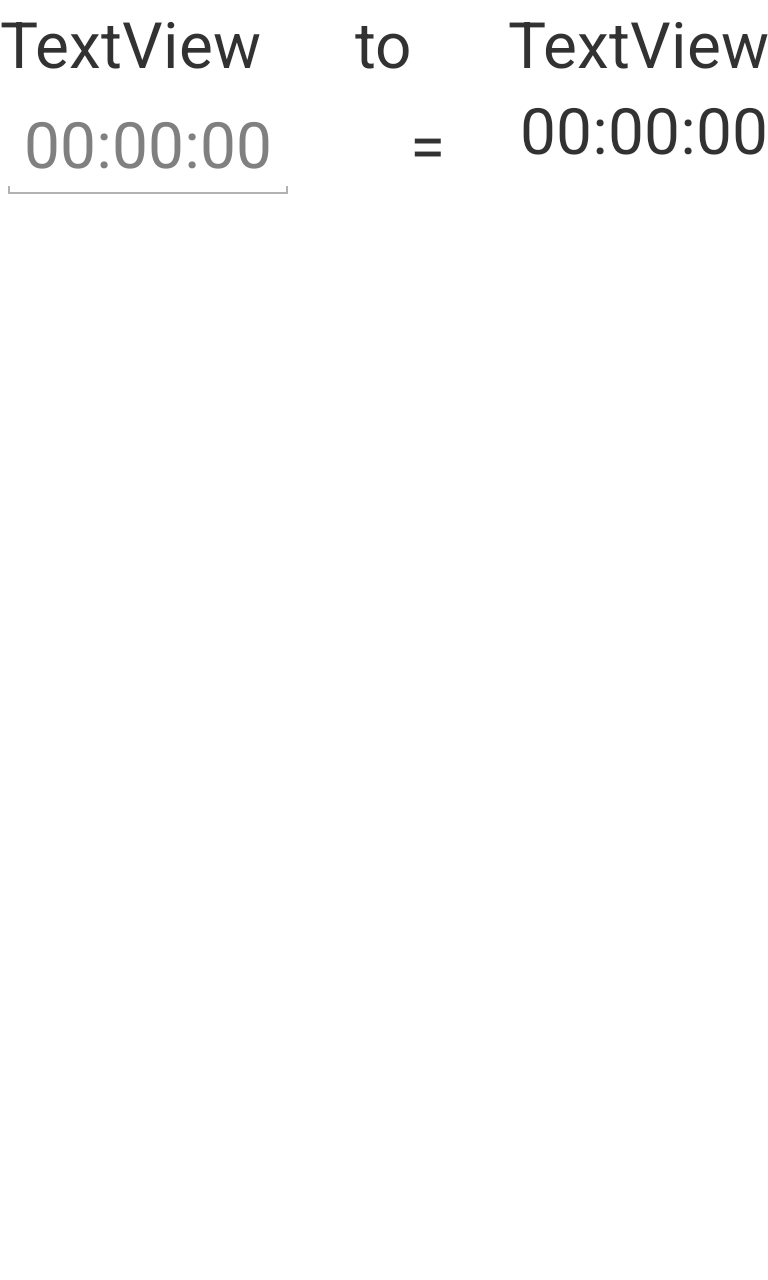
Repository: downinew/AndroidCoachesRaceTimer
Layout: CoachesRaceTimer/res/layout/convert_dialog.xml
These files come from the project's save history. The layout is drawn as it stood at one moment and after the next save; the edit follows.
It is drawn on a 768 x 1280 px phone screen (xhdpi) without system bars, with theme AppTheme; the app's code is not run.

Above is the layout before, as saved 2015-02-19 03:08:54.

### CoachesRaceTimer/res/layout/convert_dialog.xml
<?xml version="1.0" encoding="utf-8"?>
<LinearLayout xmlns:android="http://schemas.android.com/apk/res/android"
    android:layout_width="match_parent"
    android:layout_height="match_parent"
    android:orientation="vertical" >

    <LinearLayout
        android:layout_width="match_parent"
        android:layout_height="wrap_content"
        android:orientation="horizontal">

        <TextView
            android:id="@+id/convertItem1"
            android:layout_width="wrap_content"
            android:layout_gravity="start"
            android:layout_weight="1"
            android:textSize="32sp"
            android:layout_height="wrap_content"
            android:text="TextView" />

        <TextView
            android:id="@+id/toText"
            android:layout_width="wrap_content"
            android:layout_weight="1"
            android:textSize="32sp"
            android:gravity="center"
            android:layout_gravity="center"
            android:layout_height="wrap_content"
            android:text="to" />

        <TextView
            android:id="@+id/convertItem2"
            android:layout_width="wrap_content"
            android:layout_gravity="end"
            android:layout_weight="1"
            android:gravity="right"
            android:textSize="32sp"
            android:layout_height="wrap_content"
            android:text="TextView" />

    </LinearLayout>
    <LinearLayout
        android:layout_width="match_parent"
        android:layout_height="wrap_content"
        android:orientation="horizontal">

        <EditText
            android:id="@+id/convertTime1"
            android:layout_width="wrap_content"
            android:layout_height="wrap_content"
            android:layout_gravity="start"
            android:hint="00:00:00"
            android:textSize="32sp" />

        <TextView
            android:id="@+id/equalText"
            android:layout_width="wrap_content"
            android:layout_height="wrap_content"
            android:gravity="right"
            android:layout_gravity="center"
            android:layout_marginLeft="20dp"
            android:textSize="32sp"
            android:layout_weight="1"
            android:text="=" />

        <TextView
            android:id="@+id/convertTime2"
            android:layout_width="wrap_content"
            android:layout_height="wrap_content"
            android:gravity="right"
            android:text="00:00:00"
            android:layout_weight="1"
            android:textSize="32sp" />

    </LinearLayout>




</LinearLayout>

Loaded but not shown: CoachesRaceTimer/res/values/styles.xml (common file); CoachesRaceTimer/res/values-v11/styles.xml (common file); CoachesRaceTimer/res/values-v14/styles.xml (common file)

After the next save:
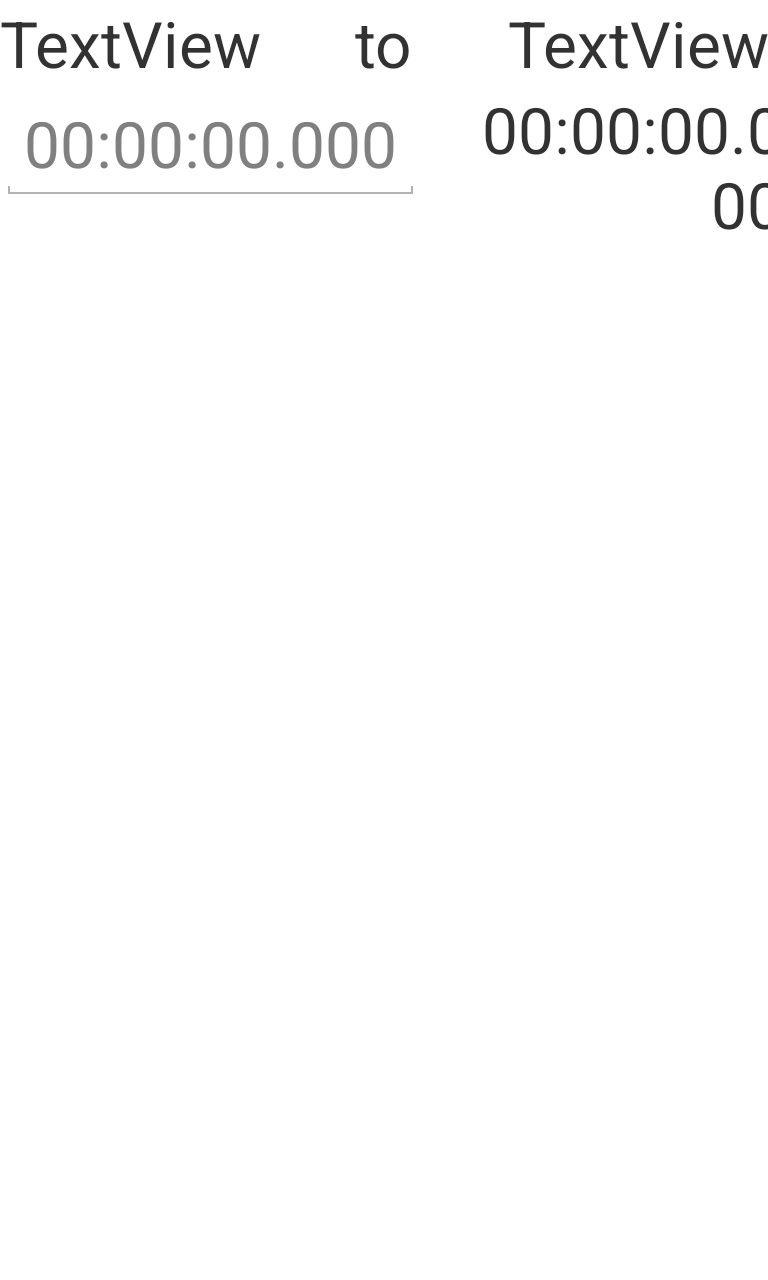
Saved 2 min 1 s later.
--- a/CoachesRaceTimer/res/layout/convert_dialog.xml
+++ b/CoachesRaceTimer/res/layout/convert_dialog.xml
@@ -49,7 +49,7 @@
             android:layout_width="wrap_content"
             android:layout_height="wrap_content"
             android:layout_gravity="start"
-            android:hint="00:00:00"
+            android:hint="00:00:00.000"
             android:textSize="32sp" />
 
         <TextView
@@ -68,7 +68,7 @@
             android:layout_width="wrap_content"
             android:layout_height="wrap_content"
             android:gravity="right"
-            android:text="00:00:00"
+            android:text="00:00:00.000"
             android:layout_weight="1"
             android:textSize="32sp" />
 
